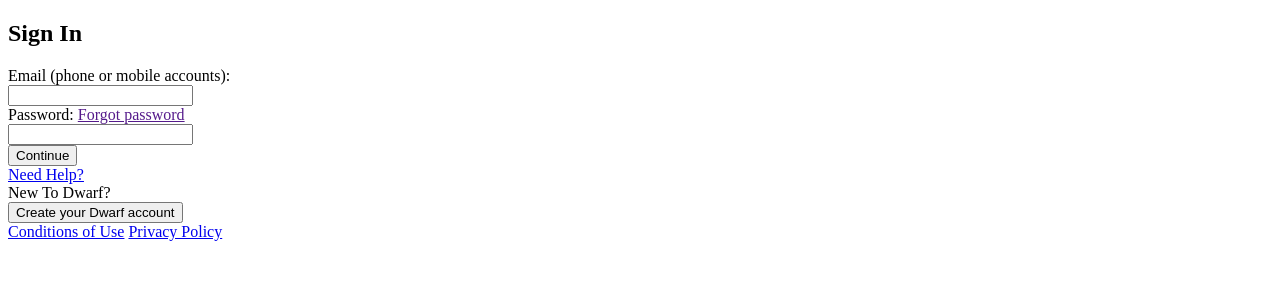
Repository: brittmarie333/replica
Page: index.html
These files come from the project's save history. The page is drawn as it stood at one moment and after a run of saves; the edit follows.
The browser window is 1280 px wide. The pictures show the whole page.

Above is the page before, as saved 2023-11-12 18:24:40.

After the next 3 saves:
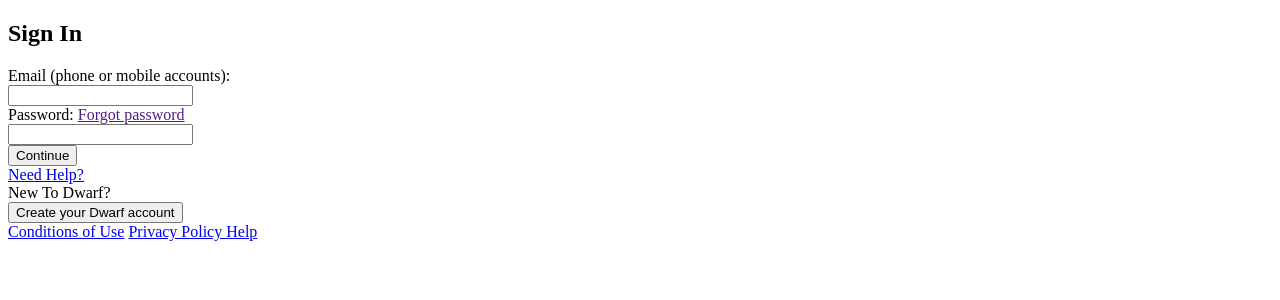
The 3 saves are shown as one change because they came seconds apart.
The last was saved 9 s later.
--- a/index.html
+++ b/index.html
@@ -22,7 +22,7 @@
       <br>
       <a href="http"> Conditions of Use</a>
       <a href="http"> Privacy Policy </a>
-      <a href="http">
+      <a href="http"> Help </a>
 
 
 </body>
